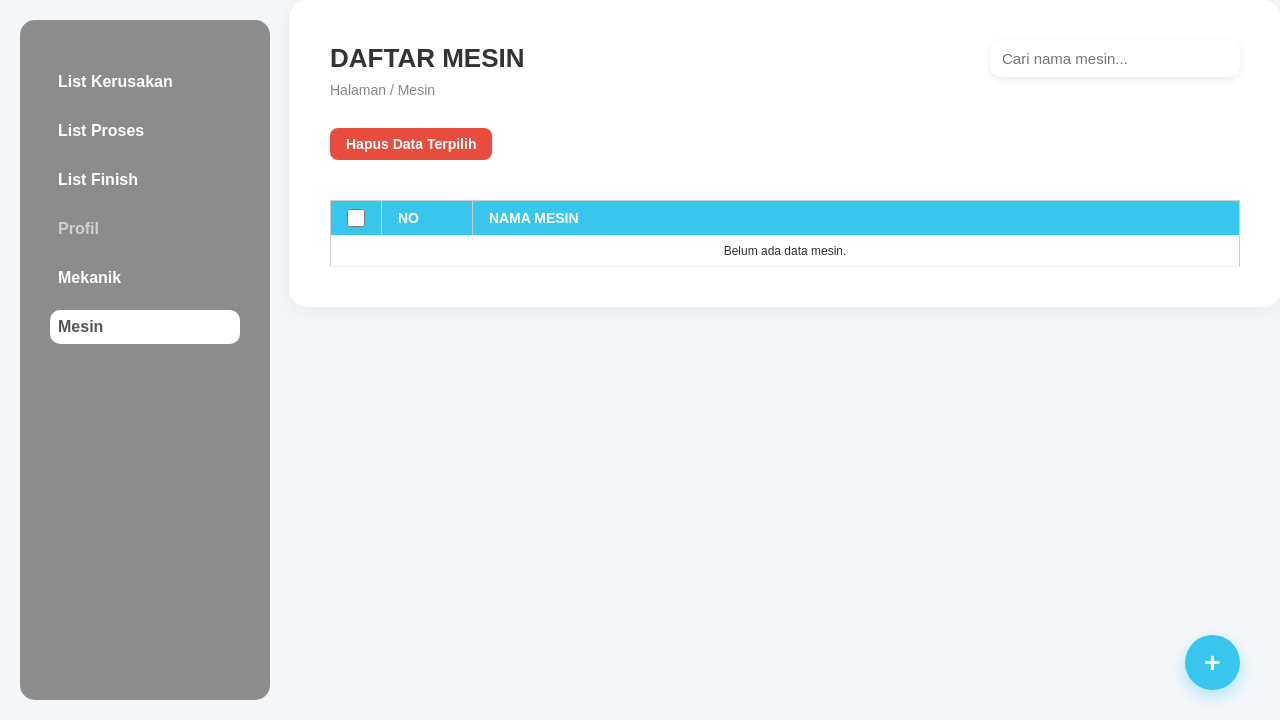
Repository: 1rHub/maintenance
Page: http://localhost/mesin.php
The author's editor kept a copy of each file at every save. The page is drawn from the files as they stood at one save, then again after the next save.
The browser window is 1280 px wide. The pictures show the whole page.
The page is run by PHP 8.4 with error messages shown; the project is at /var/www/html/. Queries for data that is not in the repository find no rows.

Above is the page before, as saved 2025-10-29 11:10:21.

### mesin.php
<?php
include "koneksi.php";
include "sidebar.php";

// === Tambah Mesin ===
if ($_SERVER["REQUEST_METHOD"] === "POST" && isset($_POST["tambah_mesin"])) {
    $nama = trim($_POST["nama_mesin"]);
    if ($nama !== "") {
        mysqli_query($conn, "INSERT INTO mesin (nama_mesin) VALUES ('$nama')");
    }
    header("Location: mesin.php");
    exit;
}

// === Hapus Mesin (multi delete) ===
if ($_SERVER["REQUEST_METHOD"] === "POST" && isset($_POST["hapus_laporan"])) {
    if (!empty($_POST["selected_id"])) {
        $ids = implode(",", array_map('intval', $_POST["selected_id"]));
        mysqli_query($conn, "DELETE FROM mesin WHERE id IN ($ids)");
    }
    header("Location: mesin.php?hapus=1");
    exit;
}

// === Ambil Semua Mesin ===
$result = mysqli_query($conn, "SELECT * FROM mesin ORDER BY id ASC");
$mesin_list = mysqli_fetch_all($result, MYSQLI_ASSOC);
?>
<!DOCTYPE html>
<html lang="id">

<head>
    <meta charset="UTF-8">
    <title>Data Mesin</title>
    <link rel="stylesheet" href="assets/css/style.css">
    <style>
        body {
            font-family: 'Poppins', sans-serif;
        }

        /* === mesin.php === */
        .main-container {
        flex-grow: 1;
    height: auto;
    align-self: flex-start;
	margin-left: 0px;
	padding: 40px;
	background: #fff;
	border-radius: 16px;
	box-shadow: 0 4px 20px rgba(0,0,0,0.05);
}

        #mesinTable {
            width: 100%;
            min-width: 900px;
            table-layout: auto;
        }

        .header-row {
            display: flex;
            align-items: center;
            justify-content: space-between;
            margin-bottom: 25px;
        }

        h1 {
            font-size: 26px;
            font-weight: 700;
            color: #333;
            margin: 0;
        }

        .breadcrumb {
            color: #888;
            font-size: 14px;
            margin-bottom: 30px;
            margin-top: -20px;
        }

        /* === SEARCH BOX === */
        .search-box {
            display: flex;
            align-items: center;
            background: #fff;
            border-radius: 12px;
            box-shadow: 0 3px 10px rgba(0, 0, 0, 0.08);
            padding: 10px 12px;
            width: 250px;
        }

        .search-box input {
            flex: 1;
            border: none;
            outline: none;
            background: transparent;
            font-size: 15px;
        }

        .table {
            width: 100%;
            border-collapse: collapse;
            table-layout: fixed;
            min-width: 700px;
        }

        th,
        td {
            padding: 8px 16px;
            border-bottom: 1px solid #eee;
        }

        th {
            background: #39c6ed;
            color: white;
            text-transform: uppercase;
            font-size: 14px;
        }

        td {
            color: #333;
            font-weight: 500;
        }

        /* === CHECKBOX === */
        input[type="checkbox"] {
            width: 18px;
            height: 18px;
            cursor: pointer;
        }

        /* === BUTTON HAPUS DI LUAR TABEL === */
        .hapus-btn {
            background: #e74c3c;
            color: #fff;
            border: none;
            padding: 8px 16px;
            border-radius: 8px;
            font-size: 14px;
            cursor: pointer;
            transition: 0.2s;
            margin-bottom: 20px;
        }

        .hapus-btn:hover {
            background: #c0392b;
            transform: scale(1.05);
        }

        /* === FLOATING ADD BUTTON === */
        .float-btn {
            position: fixed;
            bottom: 30px;
            right: 40px;
            background-color: #39c6ed;
            color: #fff;
            font-size: 28px;
            width: 55px;
            height: 55px;
            border-radius: 50%;
            border: none;
            box-shadow: 0 6px 15px rgba(57, 198, 237, 0.4);
            cursor: pointer;
            transition: 0.3s ease;
        }

        .float-btn:hover {
            background-color: #2da8cf;
            transform: scale(1.1);
        }

        .popup {
            display: none;
            position: fixed;
            top: 0;
            left: 0;
            width: 100%;
            height: 100%;
            background: rgba(0, 0, 0, 0.4);
            justify-content: center;
            align-items: center;
            z-index: 999;
        }

        .popup-content {
            background: #fff;
            border-radius: 12px;
            padding: 20px 30px;
            box-shadow: 0 5px 15px rgba(0, 0, 0, 0.2);
            animation: fadeIn 0.2s ease;
        }

        .close-btn2 {
            float: right;
            font-size: 22px;
            cursor: pointer;
        }

        .popup-content form input[type="text"] {
            width: 100%;
            padding: 10px;
            margin-bottom: 12px;
            border: 1px solid #ccc;
            border-radius: 6px;
        }

        .popup-content button {
            background: #39c6ed;
            color: #fff;
            border: none;
            padding: 8px 16px;
            border-radius: 6px;
            cursor: pointer;
        }

        .popup-content button:hover {
            background: #2da8cf;
        }

        /* === POPUP TAMBAH MESIN === */
        #popupTambah .popup-content {
            width: 400px;
            max-width: 90%;
        }

        /* === POPUP RIWAYAT MESIN === */
        #popupRiwayatMesin .popup-content {
            width: 90%;
            max-width: 1100px;
            /* bisa kamu ubah ke 1000–1200px sesuai selera */
            overflow-x: auto;
            max-height: 85vh;
        }

        #popupRiwayatMesin table {
            width: 100%;
            border-collapse: collapse;
            margin-top: 10px;
        }

        #popupRiwayatMesin th,
        #popupRiwayatMesin td {
            padding: 8px 10px;
            border-bottom: 1px solid #eee;
            text-align: left;
        }

        #popupRiwayatMesin th {
            background: #39c6ed;
            color: #fff;
            font-size: 14px;
            text-transform: uppercase;
        }
    </style>
</head>

<body>
    <div class="main-container">

        <!-- === HEADER ROW === -->
        <div class="header-row">
            <h1>DAFTAR MESIN</h1>
            <div class="search-box">
                <input type="text" id="searchMesin" placeholder="Cari nama mesin...">
            </div>
        </div>
        <p class="breadcrumb">Halaman / Mesin</p>

        <!-- === BUTTON HAPUS DI LUAR TABEL === -->
        <form method="POST" id="formHapus">
            <input type="hidden" name="hapus_laporan" value="1">
            <button type="button" class="hapus-btn" onclick="showHapusPopup()">Hapus Data Terpilih</button>

            <div class="table-wrapper">
                <table id="mesinTable" class="table">
                    <thead>
                        <tr>
                            <th style="width:5%; text-align:center;"><input type="checkbox" id="selectAll"></th>
                            <th style="width:10%;">No</th>
                            <th>Nama Mesin</th>
                        </tr>
                    </thead>
                    <tbody>
                        <?php if (count($mesin_list) > 0): ?>
                            <?php $no = 1;
                            foreach ($mesin_list as $m): ?>
                                <tr class="data-row">
                                    <td style="text-align:center;">
                                        <input type="checkbox" name="selected_id[]" value="<?= $m['id'] ?>">
                                    </td>
                                    <td><?= $no++ ?></td>
                                    <td>
                                        <a href="#" onclick="openRiwayatMesin(<?= $m['id'] ?>, '<?= htmlspecialchars($m['nama_mesin']) ?>')">

                                            <?= htmlspecialchars($m['nama_mesin']) ?>
                                        </a>
                                    </td>
                                </tr>
                            <?php endforeach; ?>
                        <?php else: ?>
                            <tr>
                                <td colspan="3" style="text-align:center;">Belum ada data mesin.</td>
                            </tr>
                        <?php endif; ?>
                    </tbody>
                </table>
            </div>
        </form>

    </div>

    <!-- ➕ Floating Add Button -->
    <button class="float-btn" onclick="openTambahPopup()">+</button>

    <!-- === POPUP TAMBAH (SAMA SEPERTI KODEMU) === -->
    <div class="popup" id="popupTambah">
        <div class="popup-content">
            <span class="close-btn2" onclick="closeTambahPopup()">&times;</span>
            <h2>Tambah Mesin Baru</h2>
            <form method="POST">
                <input type="text" name="nama_mesin" placeholder="Nama mesin baru" required>
                <button type="submit" name="tambah_mesin">Tambah</button>
            </form>
        </div>
    </div>

    <!-- === POPUP RIWAYAT (SAMA SEPERTI KODEMU) === -->
    <div class="popup" id="popupRiwayatMesin">
        <div class="popup-content" style="max-width:900px;">
            <span class="close-btn2" onclick="closeRiwayatMesin()">&times;</span>
            <h2 id="riwayatMesinTitle">Riwayat Mesin</h2>
            <table>
                <thead>
                    <tr>
                        <th>Tanggal</th>
                        <th>Pelapor</th>
                        <th>Divisi</th>
                        <th>Keterangan</th>
                        <th>Mekanik</th>
                        <th>Pesan Mekanik</th>
                        <th>Kategori</th>
                    </tr>
                </thead>
                <tbody id="riwayatMesinTable">
                    <tr>
                        <td colspan="7" style="text-align:center;">Pilih mesin untuk melihat riwayat.</td>
                    </tr>
                </tbody>
            </table>
        </div>
    </div>

    <!-- === POPUP KONFIRMASI HAPUS === -->
    <div class="popup" id="popupHapus">
        <div class="popup-content" style="width:380px; text-align:center;">
            <h3 style="margin-bottom:15px;">Konfirmasi Hapus</h3>
            <p style="color:#555; margin-bottom:25px;">Apakah kamu yakin ingin menghapus data mesin terpilih?</p>
            <div style="display:flex; justify-content:center; gap:15px;">
                <button onclick="closeHapusPopup()"
                    style="background:#ccc; border:none; color:#333; padding:8px 14px; border-radius:6px; cursor:pointer;">Batal</button>
                <button onclick="confirmDelete()" id="btnHapusYa"
                    style="background:#e74c3c; border:none; color:white; padding:8px 14px; border-radius:6px; cursor:pointer;">Ya,
                    Hapus</button>
            </div>
        </div>
    </div>


    <script>
        // === SELECT ALL CHECKBOX ===
        document.getElementById('selectAll').addEventListener('change', function () {
            const checkboxes = document.querySelectorAll('input[name="selected_id[]"]');
            checkboxes.forEach(cb => cb.checked = this.checked);
        });

        // === LIVE SEARCH ===
        document.getElementById('searchMesin').addEventListener('input', function () {
            const query = this.value.toLowerCase();
            const rows = document.querySelectorAll('#mesinTable tbody tr.data-row');
            let visible = 0;
            rows.forEach(row => {
                const nama = row.cells[2].textContent.toLowerCase();
                if (nama.includes(query)) {
                    row.style.display = '';
                    visible++;
                } else {
                    row.style.display = 'none';
                }
            });

            const tbody = document.querySelector('#mesinTable tbody');
            let emptyRow = document.getElementById('noResultRow');
            if (visible === 0) {
                if (!emptyRow) {
                    emptyRow = document.createElement('tr');
                    emptyRow.id = 'noResultRow';
                    emptyRow.innerHTML = `<td colspan="3" style="text-align:center; height:60px; color:#888;">Tidak ada mesin yang cocok.</td>`;
                    tbody.appendChild(emptyRow);
                }
            } else if (emptyRow) {
                emptyRow.remove();
            }
        });

        // === POPUP TAMBAH MESIN ===
        function openTambahPopup() {
            document.getElementById('popupTambah').style.display = 'flex';
        }

        function closeTambahPopup() {
            document.getElementById('popupTambah').style.display = 'none';
        }

        // === POPUP RIWAYAT MESIN ===
        function openRiwayatMesin(id, nama) {
    const popup = document.getElementById('popupRiwayatMesin');
    const tbody = document.getElementById('riwayatMesinTable');
    const title = document.getElementById('riwayatMesinTitle');

    title.textContent = "Riwayat Mesin: " + nama;
    popup.style.display = 'flex';
    tbody.innerHTML = `<tr><td colspan="7" style="text-align:center;">Memuat data...</td></tr>`;

    fetch('riwayat_mesin.php?id=' + id)
        .then(response => response.json())
        .then(data => {
            if (data.length === 0) {
                tbody.innerHTML = `<tr><td colspan="7" style="text-align:center;">Belum ada riwayat perbaikan untuk mesin ini.</td></tr>`;
            } else {
                tbody.innerHTML = data.map(r => `
                    <tr>
                        <td>${r.tanggal}</td>
                        <td>${r.nama}</td>
                        <td>${r.divisi}</td>
                        <td>${r.pesan}</td>
                        <td>${r.nama_mekanik || '-'}</td>
                        <td>${r.pesan_mekanik}</td>
                        <td>${r.kategori}</td>
                    </tr>
                `).join('');
            }
        })
        .catch(err => {
            console.error(err);
            tbody.innerHTML = `<tr><td colspan="7" style="text-align:center;color:red;">Gagal memuat data.</td></tr>`;
        });
}


        function closeRiwayatMesin() {
            document.getElementById('popupRiwayatMesin').style.display = 'none';
        }

        // === POPUP VALIDASI HAPUS ===
        function showHapusPopup() {
            const checkboxes = document.querySelectorAll('input[name="selected_id[]"]:checked');
            if (checkboxes.length === 0) {
                alert("Pilih minimal satu data mesin untuk dihapus.");
                return;
            }
            document.getElementById('popupHapus').style.display = 'flex';
        }

        function closeHapusPopup() {
            document.getElementById('popupHapus').style.display = 'none';
        }

        document.getElementById('btnHapusYa').addEventListener('click', function () {
            document.getElementById('formHapus').submit();
        });

    </script>

</body>

</html>

### koneksi.php
<?php
$host = "localhost";
$user = "root";
$pass = "";
$db   = "db_laporan";

$conn = new mysqli($host, $user, $pass, $db);

if ($conn->connect_error) {
    die("Koneksi gagal: " . $conn->connect_error);
}
?>

### sidebar.php
<?php

$current_page = basename($_SERVER['PHP_SELF']);
?>

<head>
    <link rel="stylesheet" href="assets/css/style.css">
</head>
<div class="sidebar">
    <ul class="menu">
        <li>
            <a href="dashboard_laporan.php" class="<?= $current_page == 'dashboard_laporan.php' ? 'active' : '' ?>">
                List Kerusakan
            </a>
        </li>
        <li>
            <a href="list_proses.php" class="<?= $current_page == 'list_proses.php' ? 'active' : '' ?>">
                List Proses
            </a>
        </li>
        <li>
            <a href="list_finish.php" class="<?= $current_page == 'list_finish.php' ? 'active' : '' ?>">
                List Finish
            </a>
        </li>
        <li>
            <a href="#" class="disabled">Profil</a>
        </li>
        <li>
            <a href="mekanik.php" class="<?= $current_page == 'mekanik.php' ? 'active' : '' ?>">
                Mekanik
            </a>
        </li>
        <li>
            <a href="mesin.php" class="<?= $current_page == 'mesin.php' ? 'active' : '' ?>">
                Mesin
            </a>
        </li>
    </ul>
    <?php if ($current_page == 'dashboard_laporan.php'): ?>
        <button class="register-btn" onclick="openPopup()">Registrasi Laporan</button>
    <?php endif; ?>
</div>

Loaded but not shown: assets/css/style.css (784 lines, source omitted)

After the next save:
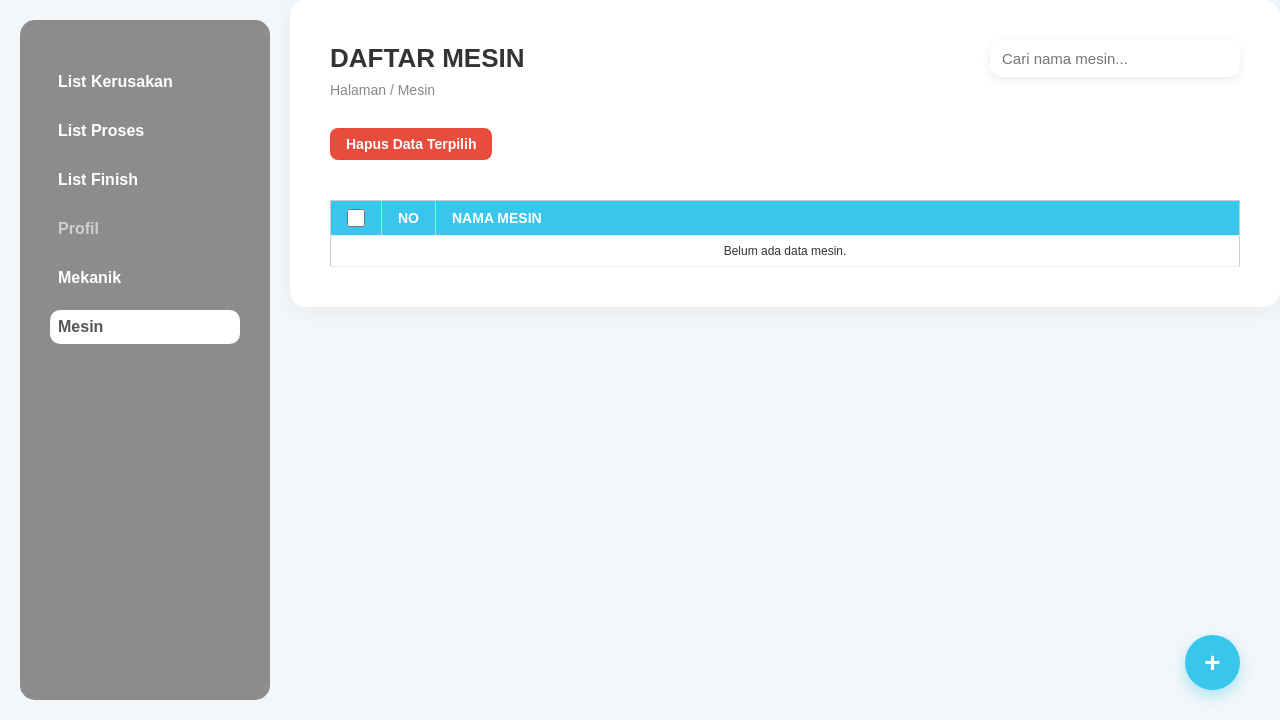
Saved 2 min 29 s later.
--- a/mesin.php
+++ b/mesin.php
@@ -275,7 +275,7 @@ $mesin_list = mysqli_fetch_all($result, MYSQLI_ASSOC);
                     <thead>
                         <tr>
                             <th style="width:5%; text-align:center;"><input type="checkbox" id="selectAll"></th>
-                            <th style="width:10%;">No</th>
+                            <th style="width:5%;">No</th>
                             <th>Nama Mesin</th>
                         </tr>
                     </thead>
